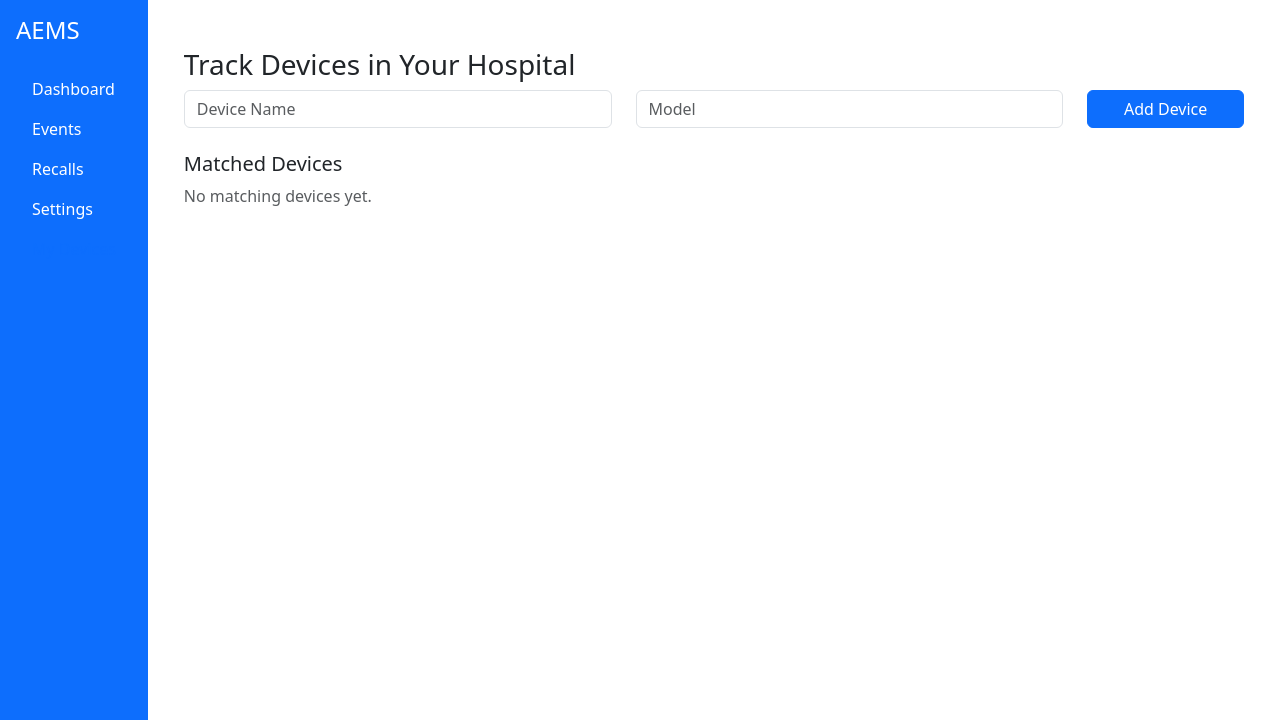
Repository: Sarary2/AEMS_2MVP
Page: /tracked (app in frontend/AEMS/)
These files come from the project's save history. The page is drawn as it stood at one moment and after the next save; the edit follows.
The browser window is 1280 px wide. The pictures show the whole page.
The project was rebuilt for these pictures with package versions that can differ from the ones it lists, and the page was loaded fresh each time. Also part of the build but not shown: frontend/AEMS/vite.config.js, frontend/AEMS/src/components/StatCard.jsx, frontend/AEMS/src/components/DeviceRow.jsx, frontend/AEMS/src/components/StatusChart.jsx, frontend/AEMS/src/components/EventsChart.jsx, frontend/AEMS/src/pages/Dashboard.jsx, frontend/AEMS/src/pages/Events.jsx, frontend/AEMS/src/firebase.js and 2 more.

Above is the page before, as saved 2025-05-06 08:19:33.

### frontend/AEMS/src/main.jsx
import React from 'react';
import ReactDOM from 'react-dom/client';
import App from './App.jsx';
import 'bootstrap/dist/css/bootstrap.min.css';

ReactDOM.createRoot(document.getElementById('root')).render(
  <React.StrictMode>
    <App />
  </React.StrictMode>
);

### frontend/AEMS/src/App.jsx
import { BrowserRouter as Router, Routes, Route, useLocation } from 'react-router-dom';
import Sidebar from './components/Sidebar';
import Dashboard from './pages/Dashboard';
import Events from './pages/Events';
import Login from './pages/Login';
import Register from './pages/Register';
import TrackedDevices from './pages/TrackedDevices';
function LayoutWithSidebar({ children }) {
  return (
    <div className="d-flex">
      <Sidebar />
      <div className="p-4 flex-grow-1">
        {children}
      </div>
    </div>
  );
}

function AppRoutes() {
  const location = useLocation();
  const hideSidebar = ['/login', '/register'].includes(location.pathname);

  return (
    hideSidebar ? (
      <Routes>
        <Route path="/login" element={<Login />} />
        <Route path="/register" element={<Register />} />
      </Routes>
    ) : (
      <LayoutWithSidebar>
        <Routes>
          <Route path="/" element={<Dashboard />} />
          <Route path="/events" element={<Events />} />
          <Route path="/tracked" element={<TrackedDevices />} />
        </Routes>
      </LayoutWithSidebar>
    )
  );
}

export default function App() {
  return (
    <Router>
      <AppRoutes />
    </Router>
  );
}

### frontend/AEMS/src/components/Sidebar.jsx
import { Link } from 'react-router-dom';

export default function Sidebar() {
  return (
    <div className="bg-primary text-white vh-100 p-3">
      <h4 className="text-white">AEMS</h4>
      <ul className="nav flex-column mt-4">
        <li className="nav-item"><Link className="nav-link text-white" to="/">Dashboard</Link></li>
        <li className="nav-item"><Link className="nav-link text-white" to="/events">Events</Link></li>
        <li className="nav-item"><Link className="nav-link text-white" to="/recalls">Recalls</Link></li>
        <li className="nav-item"><Link className="nav-link text-white" to="/settings">Settings</Link></li>
        <li className="nav-item">
  <a className="nav-link" href="/tracked">My Devices</a>
</li>
      </ul>
    </div>
  );
}

### frontend/AEMS/src/pages/TrackedDevices.jsx
import { useEffect, useState } from 'react';

export default function TrackedDevices() {
  const [deviceName, setDeviceName] = useState('');
  const [model, setModel] = useState('');
  const [tracked, setTracked] = useState(() => {
    return JSON.parse(localStorage.getItem('trackedDevices') || '[]');
  });
  const [matched, setMatched] = useState([]);

  const handleAdd = () => {
    const newDevice = { name: deviceName.trim(), model: model.trim() };
    if (!newDevice.name || !newDevice.model) return;

    const updated = [...tracked, newDevice];
    setTracked(updated);
    localStorage.setItem('trackedDevices', JSON.stringify(updated));
    setDeviceName('');
    setModel('');
  };

  useEffect(() => {
    if (tracked.length > 0) {
      fetch('http://localhost:5001/api/devices/all')
        .then(res => res.json())
        .then(data => {
          const filtered = data.filter(d =>
            tracked.some(t =>
              d.deviceName.toLowerCase().includes(t.name.toLowerCase()) &&
              d.model.toLowerCase() === t.model.toLowerCase()
            )
          );
          setMatched(filtered);
        })
        .catch(err => console.error('Match fetch failed', err));
    } else {
      setMatched([]);
    }
  }, [tracked]);

  return (
    <div className="container mt-4">
      <h3>Track Devices in Your Hospital</h3>

      <div className="row mb-4">
        <div className="col-md-5">
          <input
            placeholder="Device Name"
            className="form-control"
            value={deviceName}
            onChange={e => setDeviceName(e.target.value)}
          />
        </div>
        <div className="col-md-5">
          <input
            placeholder="Model"
            className="form-control"
            value={model}
            onChange={e => setModel(e.target.value)}
          />
        </div>
        <div className="col-md-2">
          <button className="btn btn-primary w-100" onClick={handleAdd}>
            Add Device
          </button>
        </div>
      </div>

      <h5>Matched Devices</h5>
      {matched.length > 0 ? (
        <table className="table table-bordered">
          <thead className="table-light">
            <tr>
              <th>Name</th>
              <th>Model</th>
              <th>Status</th>
              <th>Harm Status</th>
            </tr>
          </thead>
          <tbody>
            {matched.map((d, i) => (
              <tr key={i}>
                <td>{d.deviceName}</td>
                <td>{d.model}</td>
                <td><span className={`badge bg-${statusColor(d.status)}`}>{d.status}</span></td>
                <td><span className={`badge bg-${statusColor(d.harmStatus)}`}>{d.harmStatus}</span></td>
              </tr>
            ))}
          </tbody>
        </table>
      ) : (
        <p className="text-muted">No matching devices yet.</p>
      )}
    </div>
  );
}

function statusColor(status) {
  const map = { Safe: 'success', Warning: 'warning', Critical: 'danger' };
  return map[status] || 'secondary';
}

Loaded but not shown: frontend/AEMS/index.html (common file)

After the next save:
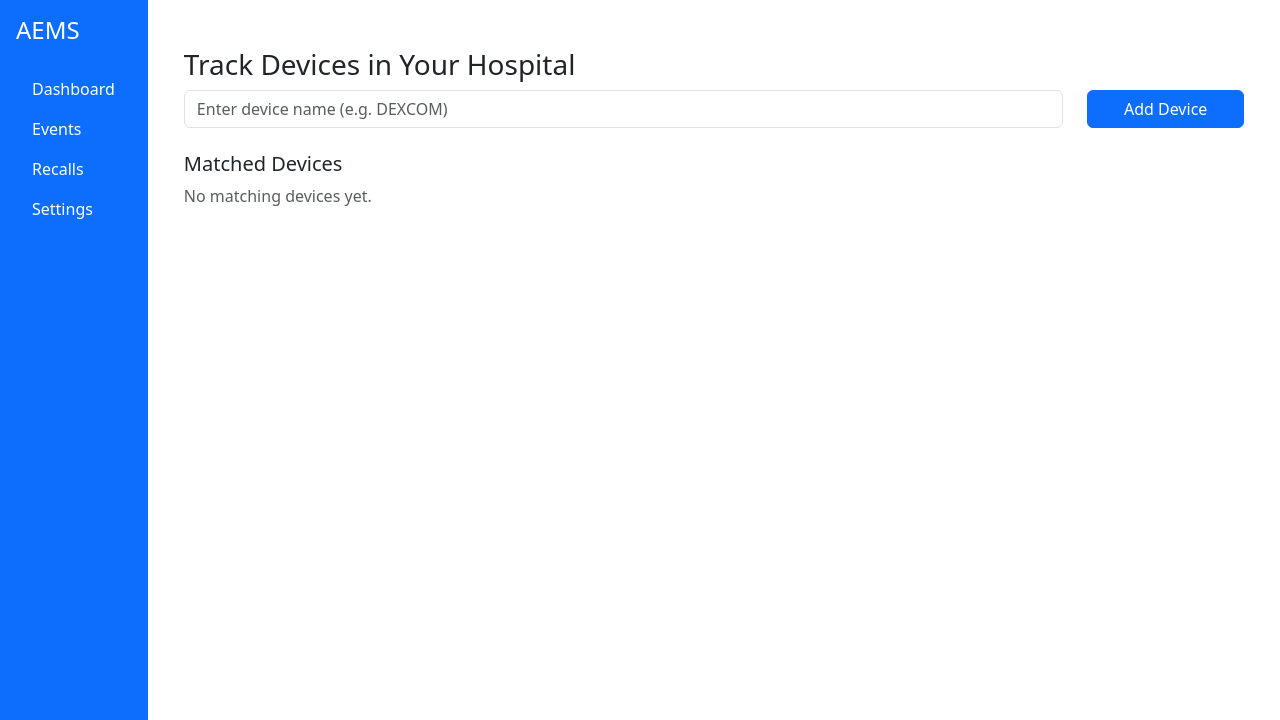
Saved 3 min 26 s later.
--- a/frontend/AEMS/src/pages/TrackedDevices.jsx
+++ b/frontend/AEMS/src/pages/TrackedDevices.jsx
@@ -2,21 +2,25 @@ import { useEffect, useState } from 'react';
 
 export default function TrackedDevices() {
   const [deviceName, setDeviceName] = useState('');
-  const [model, setModel] = useState('');
   const [tracked, setTracked] = useState(() => {
     return JSON.parse(localStorage.getItem('trackedDevices') || '[]');
   });
   const [matched, setMatched] = useState([]);
 
   const handleAdd = () => {
-    const newDevice = { name: deviceName.trim(), model: model.trim() };
-    if (!newDevice.name || !newDevice.model) return;
+    const name = deviceName.trim();
+    if (!name || tracked.includes(name)) return;
 
-    const updated = [...tracked, newDevice];
+    const updated = [...tracked, name];
     setTracked(updated);
     localStorage.setItem('trackedDevices', JSON.stringify(updated));
     setDeviceName('');
-    setModel('');
+  };
+
+  const handleRemove = (name) => {
+    const updated = tracked.filter(d => d !== name);
+    setTracked(updated);
+    localStorage.setItem('trackedDevices', JSON.stringify(updated));
   };
 
   useEffect(() => {
@@ -26,8 +30,7 @@ export default function TrackedDevices() {
         .then(data => {
           const filtered = data.filter(d =>
             tracked.some(t =>
-              d.deviceName.toLowerCase().includes(t.name.toLowerCase()) &&
-              d.model.toLowerCase() === t.model.toLowerCase()
+              d.deviceName.toLowerCase().includes(t.toLowerCase())
             )
           );
           setMatched(filtered);
@@ -43,20 +46,12 @@ export default function TrackedDevices() {
       <h3>Track Devices in Your Hospital</h3>
 
       <div className="row mb-4">
-        <div className="col-md-5">
+        <div className="col-md-10">
           <input
-            placeholder="Device Name"
+            placeholder="Enter device name (e.g. DEXCOM)"
             className="form-control"
             value={deviceName}
             onChange={e => setDeviceName(e.target.value)}
-          />
-        </div>
-        <div className="col-md-5">
-          <input
-            placeholder="Model"
-            className="form-control"
-            value={model}
-            onChange={e => setModel(e.target.value)}
           />
         </div>
         <div className="col-md-2">
@@ -75,6 +70,7 @@ export default function TrackedDevices() {
               <th>Model</th>
               <th>Status</th>
               <th>Harm Status</th>
+              <th>Action</th>
             </tr>
           </thead>
           <tbody>
@@ -84,6 +80,11 @@ export default function TrackedDevices() {
                 <td>{d.model}</td>
                 <td><span className={`badge bg-${statusColor(d.status)}`}>{d.status}</span></td>
                 <td><span className={`badge bg-${statusColor(d.harmStatus)}`}>{d.harmStatus}</span></td>
+                <td>
+                  <button className="btn btn-sm btn-outline-danger" onClick={() => handleRemove(d.deviceName)}>
+                    Remove
+                  </button>
+                </td>
               </tr>
             ))}
           </tbody>
